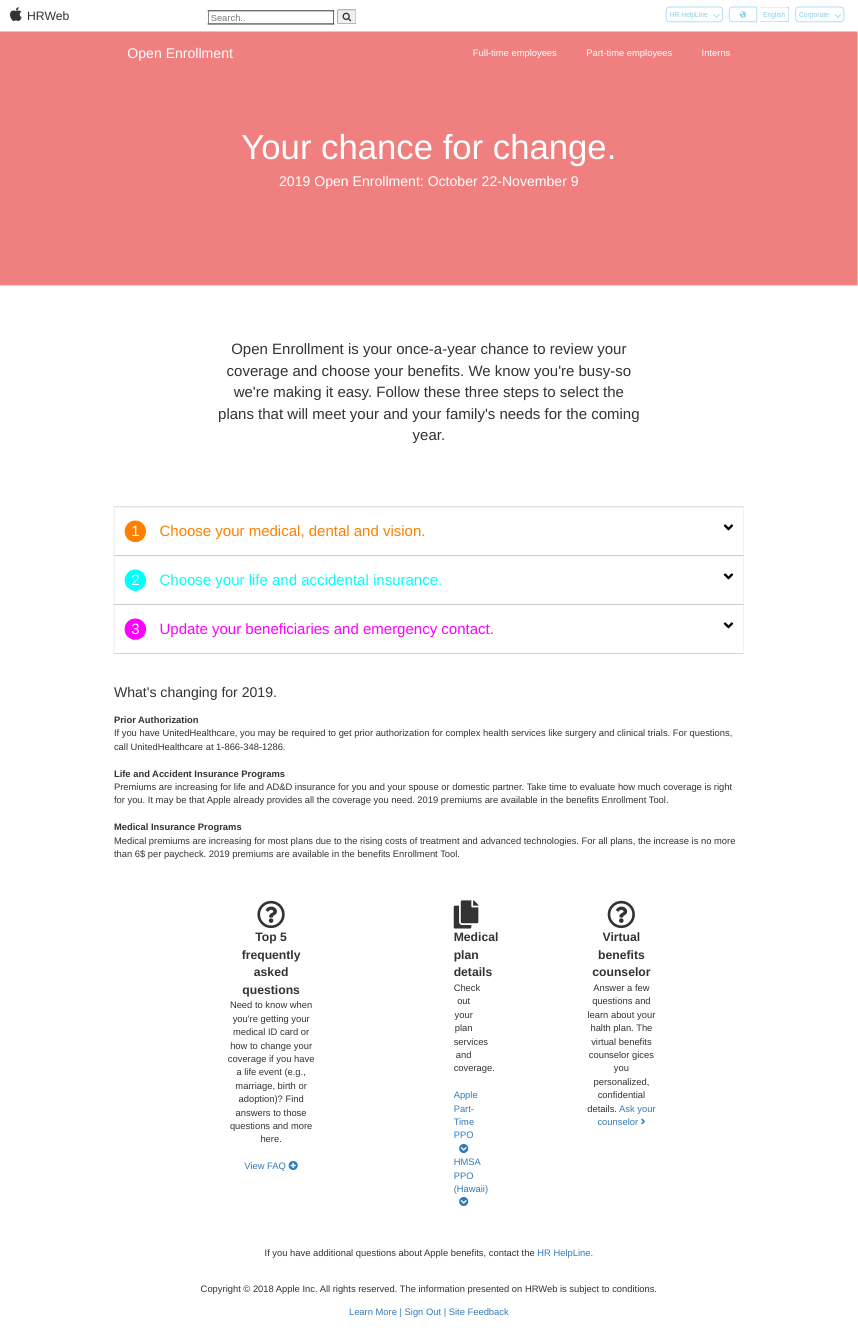
Repository: rmcc0724/templates
Page: index.html
The author's editor kept a record of every edit. The page is drawn from the files as they stood at one moment, then again after the next edit.
The browser window is 1280 px wide. The pictures show the whole page, at 67% of full size.
Some web libraries are served in a nearby version.

Above is the page before.

### index.html
<!DOCTYPE html>
<html lang="en">

<head>
  <meta name="viewport" content="width=device-width, initial-scale=1" <title>
  </title>
  <link rel="stylesheet" href="https://use.fontawesome.com/releases/v5.5.0/css/all.css" integrity="sha384-B4dIYHKNBt8Bc12p+WXckhzcICo0wtJAoU8YZTY5qE0Id1GSseTk6S+L3BlXeVIU" crossorigin="anonymous">
  <link rel="stylesheet" href="https://maxcdn.bootstrapcdn.com/bootstrap/3.3.7/css/bootstrap.min.css">
  <link rel="stylesheet" href="https://cdnjs.cloudflare.com/ajax/libs/font-awesome/4.7.0/css/font-awesome.min.css">
  <script src="https://ajax.googleapis.com/ajax/libs/jquery/3.3.1/jquery.min.js"></script>
  <script src="https://maxcdn.bootstrapcdn.com/bootstrap/3.3.7/js/bootstrap.min.js"></script>
  <script src="https://cdnjs.cloudflare.com/ajax/libs/popper.js/1.14.5/umd/popper.min.js"></script>
  <link rel="stylesheet" href="css/normalize.css">
  <link rel="stylesheet" href="css/style.css">
  <link rel="stylesheet" href="css/responsive.css">
</head>

<body>

  <div id="top-items">
    <p><i class="fab fa-apple fa-x3"></i>HRWeb</p>
    <div class="searchForm example">
      <input type="text" placeholder="Search.." name="search">
      <button type="submit"><i class="fa fa-search"></i></button>
    </div>

    <div class="dropdownItems">
      <div class="dropdown">
        <button class="dropbtn">HR HelpLine<i class="arrow down"></i></button>
        <div id="myDropdown" class="dropdown-content">
          <a href="#hrhelpline">1800-HR</a>
        </div>
      </div>
      <div class="dropdown earth">
        <button class="dropbtn"><i class="fas fa-globe-americas"></i></button>
        <div id="myDropdown" class="dropdown-content">
        </div>
      </div>
      <div class="dropdown">
        <button class="dropbtn eng">English</button>
        <div id="myDropdown" class="dropdown-content">
          <a href="#hrhelpline">English</a>
        </div>
      </div>


      <div class="dropdown">
        <button class="dropbtn">Corporate<i class="arrow down"></i></button>
        <div id="myDropdown" class="dropdown-content">
          <a href="#hrhelpline">Corporate</a>

        </div>
      </div>


    </div>


  </div>

  <header>
    <div class="nav-links">
      <h3>Open Enrollment</h3>
      <nav>
        <ul>
          <li><a href="#">Full-time employees</a></li>
          <li><a href="#">Part-time employees</a></li>
          <li><a href="#">Interns</a></li>
        </ul>
      </nav>
    </div>
    <div class="change">
      <h1 class="text-center">Your chance for change.</h1>
      <h4 class="text-center">2019 Open Enrollment: October 22-November 9</h4>
    </div>


  </header>
  <div class="container">
    <div class="chance">

      <p>Open Enrollment is your once-a-year chance to review your coverage and choose your benefits. We know you're busy-so we're making it easy. Follow these three steps to select the plans that will meet your and your family's needs for the coming year.</p>

      <!----Here I used the bootstrap accordion function -->

      <div class="panel-group" id="accordion">
        <div class="panel panel-default panel_1">
          <div class="panel-heading">
            <h4 class="panel-title">
              <a data-toggle="collapse" data-parent="#accordion" href="#collapse1"><span class="nums num1">1 </span><span>Choose your medical, dental and vision.</span><i class="fas fa-angle-down"></i></a>
            </h4>
          </div>
          <div id="collapse1" class="panel-collapse collapse">
            <div class="panel-body">Medical, dental, and vision info here.</div>
          </div>
        </div>
        <div class="panel panel-default panel_2">
          <div class="panel-heading">
            <h4 class="panel-title">
              <a data-toggle="collapse" data-parent="#accordion" href="#collapse2"><span class="nums num2">2 </span><span>Choose your life and accidental insurance.</span><i class="fas fa-angle-down"></i></a>
            </h4>
          </div>
          <div id="collapse2" class="panel-collapse collapse">
            <div class="panel-body">Life and accidental insurance info here.</div>
          </div>
        </div>
        <div class="panel panel-default panel_3">
          <div class="panel-heading">
            <h4 class="panel-title">
              <a data-toggle="collapse" data-parent="#accordion" href="#collapse3"><span class="nums num3">3 </span><span>Update your beneficiaries and emergency contact.</span><i class="fas fa-angle-down"></i></a>
            </h4>
          </div>
          <div id="collapse3" class="panel-collapse collapse">
            <div class="panel-body">Beneficiaries and emergency contact info here.</div>
          </div>
        </div>
      </div>
    </div>
    <div class="changing">
      <h3>What's changing for 2019.</h3>
      <p><strong>Prior Authorization</strong><br/> If you have UnitedHealthcare, you may be required to get prior authorization for complex health services like surgery and clinical trials. For questions, call UnitedHealthcare at 1-866-348-1286.</p>

      <p><strong>Life and Accident Insurance Programs</strong><br/> Premiums are increasing for life and AD&D insurance for you and your spouse or domestic partner. Take time to evaluate how much coverage is right for you. It may be that Apple already provides
        all the coverage you need. 2019 premiums are available in the benefits Enrollment Tool.</p>

      <p><strong>Medical Insurance Programs</strong><br/> Medical premiums are increasing for most plans due to the rising costs of treatment and advanced technologies. For all plans, the increase is no more than 6$ per paycheck. 2019 premiums are available
        in the benefits Enrollment Tool.
      </p>
    </div>





    <div class="bottom">

      <div class="faq">
        <p><i class="far fa-question-circle fa-3x"></i></p>
        <p class=bottom-title><strong>Top 5 frequently<br />asked questions</strong></p>
          <p>Need to know when you're getting your medical ID card or how to change your coverage if you have a life event (e.g., marriage, birth or adoption)? Find answers to those questions and more here.
          <br/><br/>
          <a href="#">View FAQ <i class="fas fa-plus-circle "></i></a>
        </p>
      </div>
      <div class="faq">
        <p><i class="fas fa-copy fa-3x"></i></p>
        <p class=bottom-title><strong>Medical plan <br/>details</strong></p>
        <p>Check out your plan services and coverage.<br/><br/>
        <a href="#">Apple Part-Time PPO <i class="fas fa-chevron-circle-down"></i></a><br>
        <a href="#">HMSA PPO (Hawaii) <i class="fas fa-chevron-circle-down"></i></a>
        </p>
      </div>

      <div class="faq">
        <p><i class="far fa-question-circle fa-3x"></i></p>
        <p class=bottom-title> <strong>Virtual benefits<br/>counselor</strong></p>
        <p>Answer a few questions and learn about your halth plan. The virtual benefits counselor gices you personalized, confidential details.
          <a href="#">Ask your counselor <i class="fas fa-angle-right"></i></a>
        </p>
      </div>



    </div>



    <footer>
      <p class="text-center questions">If you have additional questions about Apple benefits, contact the <a ref="#">HR HelpLine.</a></p>
      <p>Copyright &#169; 2018 Apple Inc. All rights reserved. The information presented on HRWeb is subject to conditions.</p>
      <ul>
        <li><a href="#">Learn More |</a></li>
        <li><a href="#"> Sign Out |</a></li>
        <li><a href="#"> Site Feedback</a></li>
      </ul>
    </footer>
  </div>
</body>



</html>

### css/style.css
body {
    margin: 0 auto;
}

.container {
    max-width: 970px;
    padding-top: 0px;
}

/************************************************/

/*    Header:       */

/************************************************/

header {
    background-color: lightcoral;
    padding-top: 10px;
    padding-bottom: 15px;
}

nav ul li {
    display: block;
}


h3 {
    margin: 10px 0 20px;
    font-size: 1.5em;
}

h4 {
    font-size: 1em;
    margin: 1em 0;
}

#top-items,
#top,
ul {
    text-align: center;
}

ul li {
    list-style: none;
}


ul {
    padding-left: 0 !important;
}

h1 {
    font-size: 2.3em;

}


.nav-links h3,
.nav-links nav a {
    color: #fff;
}

header,
.nav-links nav a {
    color: white;
    margin-top: 15px;
}

#top-items p {
    margin: 15px 0 10px;
    font-size: 20pt;
}




.example input {
    border-style: groove;
}



.changing {
    margin-top: 25px;
}

.dropdown {
    float: right;
    position: relative;
    display: inline-block;
}

.dropdown a:hover {
    background-color: #ddd;
}

.show {
    display: block;
}


.dropdown.earth button {
    margin-right: 0;
    border-bottom-right-radius: 0;
    border-top-right-radius: 0;
}

.dropbtn i.fas.fa-globe-americas {
    border: none;
    display: inline-block;
    padding: 0;
    margin-right: 10px;
}

.dropbtn.eng {
    border-bottom-left-radius: 0;
    border-top-left-radius: 0;
    border-left: 0;
}


.example button {
    vertical-align: baseline;
}



.searchForm {
    display: inline;
}


.change h4 {
    margin: 5px 15px;
}

.change h1 {
    margin: 10px 15px;
}

i.fab.fa-apple {
    margin-right: 8px;
    font-size: 1.3em;
}

/************************************************/

/*    Body:       */

/************************************************/

.chance {
    margin: 0 auto;
    margin-top: 15px;
}


.chance p {
    text-align: center;
    max-width: 700px;
    margin: 0px auto 15px;
}

.dropdown {
    float: initial;
    position: relative;
    display: inline-block;
}


.dropbtn {
    background-color: #fff;
    color: skyblue;
    padding: 5px;
    font-size: 10px;
    border: none;
    cursor: pointer;
    border-style: solid;
    border-radius: 5px;
    border-width: thin;
    margin-top: 15px;
}

.dropbtn:hover,
.dropbtn:focus {
    background-color: #fff;
}



.dropdown-content {
    display: none;
    position: absolute;
    background-color: #f1f1f1;
    min-width: 160px;
    overflow: auto;
    box-shadow: 0px 8px 16px 0px rgba(0, 0, 0, 0.2);
    right: 0;
    z-index: 1;
}

.dropdown-content a {
    color: black;
    padding: 12px 16px;
    text-decoration: none;
    display: block;
}

.dropdown i {
    border: solid skyblue;
    border-width: 0 1px 1px 0;
    display: inline-block;
    padding: 3px;
    margin-left: 10px;
}

.right {
    transform: rotate(-45deg);
    -webkit-transform: rotate(-45deg);
}

.left {
    transform: rotate(135deg);
    -webkit-transform: rotate(135deg);
}

.up {
    transform: rotate(-135deg);
    -webkit-transform: rotate(-135deg);
}

.down {
    transform: rotate(45deg);
    -webkit-transform: rotate(45deg);
}

.bottom {
    display: block;
    margin: 25px 0 35px;
}


.bottom strong {
    font-size: 1.3em;
}


.bottom p,
.text-center.questions {
    margin-bottom: 35px;
    text-align: center;
}


.fas.fa-globe-americas {
    border: solid white;
    border-width: 0 1px 1px 0;
    display: inline-block;
    /* padding: 6px; */
    margin-right: 10px;
}

.panel-title a,
.panel-title a:hover {
    text-decoration: none;
}

.panel-title {
    font-size: .9em;
}


#accordion i.fas.fa-chevron-circle-down {
    display: none;
}

.nums {
    margin-right: 5px;
}

#accordion {
    margin: 0 auto;
}

/************************************************/

/*    Footer:       */

/************************************************/

footer li {
    display: inline-block;
}

footer p,
header h3 {
    text-align: center;
}


footer {
    margin-top: 0px;
}

### css/responsive.css
/************************************************/

/*    Header:       */

/************************************************/

@media screen and (min-width: 768px) {
    nav ul li {
        display: inline;
    }

    nav ul {
        float: right;
    }

    header {
        margin-top: 0;
        background-color: lightcoral;
        padding-top: 20px;
        padding-bottom: 140px;
    }

    header ul li {
        margin-left: 40px;
    }

    header h3,
    nav {
        display: inline;
    }


    h1 {
        font-size: 2.7em;
    }

    .nav-links {
        max-width: 940px;
        margin: 0 auto;
        padding: 0 20px;
    }

    #top-items {
        text-align: initial;
        padding: 10px 15px;
    }


    #top-items p,
    #top-items .example {
        display: inline-block;
    }

    .change {
        padding-top: 90px;
    }
    .dropdownItems {
        float: right;
    }

    #top-items p {
        margin: 0px;
        font-size: 1.3em;
    }


    .searchForm.example {
        text-align: right;
        width: 30%;
        margin-left: 4%;
        /* margin-bottom: 5px; */
    }

    .nav-links ul {
        margin: 1px 0 0;
    }

    .dropbtn {
        margin-top: 0px;
    }

    /************************************************/
    /*    Body:       */
    /************************************************/
    .dropdown {
        position: relative;
        display: inline-block;
    }

    .bottom p {
        width: 28.33%;
        margin: 0 auto;
    }


    .bottom {
        margin: 40px 0 55px;
        display: -webkit-inline-flex;
    }

    .bottom-desk {

        display: -webkit-inline-flex;
        display: none;
    }

    .bottom-mobile {
        display: -webkit-inline-flex;
    }

    button.dropbtn {
        margin-right: 5px;
    }


    .chance p {
        margin: 0px auto 90px;
        text-align: center;
        font-size: 1.6em;
        max-width: 635px;
    }
    .chance {
        margin: 0 auto;
        margin-top: 80px;
    }

    h4 {
        font-size: 1.5em;
    }

    .changing {
        margin-top: 45px;
    }
    .changing p {
        margin: 0 0 20px;
    }


    .panel-heading {
        padding: 20px 15px;
        border-bottom: 1px solid transparent;
        border-top-left-radius: 3px;
        border-top-right-radius: 3px;
    }

    .panel-default>.panel-heading {
        background-color: #fff;
    }

    .panel-default {
        border-color: #fff;
    }

    .panel {
        margin-bottom: 20px;
        background-color: #c3c3c3;
        border: 1px solid transparent;
        -webkit-box-shadow: 0 1px 1px rgba(0, 0, 0, .05);
        box-shadow: 0 0px 0px rgba(0, 0, 0, .05);
        border-left-color: #fff;
        border-right-color: #fff;
        border-bottom-left-radius: 0 !important;
        border-top-left-radius: 0 !important;
        border-bottom-right-radius: 0 !important;
        border-top-right-radius: 0 !important;
    }
    .panel-title {
        margin-top: 0;
        margin-bottom: 0;
        font-size: 1.6em;
        color: #fff;
    }
    .panel-group .panel-heading+.panel-collapse>.list-group,
    .panel-group .panel-heading+.panel-collapse>.panel-body {
        border-top: 0px solid #ddd;
    }


    .panel-default>.panel-heading {
        color: #333;
        border-color: #ddd;
        border-bottom-left-radius: 0 !important;
        border-top-left-radius: 0 !important;
        border-bottom-right-radius: 0 !important;
        border-top-right-radius: 0 !important;
    }

    .panel-group .panel+.panel {
        margin-top: -1px;
    }

    .panel-collapse {
        background-color: #fff;
    }
    .nums {
        height: 32px;
        width: 32px;
        border-radius: 50%;
        display: inline-block;
        padding-left: 10px;
        padding-top: 3.5px;
        color: #fff;
        margin-right: 20px;
    }

    .num1 {
        background-color: #ff8000;
    }

    .num2 {
        background-color: #00ffff;
    }

    .num3 {
        background-color: #ff00ff;
    }

    .panel_1 h4 {
        color: #ff8000;
    }

    .panel_2 h4 {
        color: #00ffff;
    }

    .panel_3 h4 {
        color: #ff00ff;
    }

    #accordion i.fas.fa-chevron-circle-down {
        display: inline;
        float: right;
    }

    i.fas.fa-angle-down {
        float: right;
        color: #000;
    }

    i.fas.fa-angle-down {
        display: -webkit-inline-box;
    }

}

@media screen and (min-width: 950px) {
    h1 {
        font-size: 3.7em;
    }
}

Loaded but not shown: css/normalize.css (library)

After the next edit:
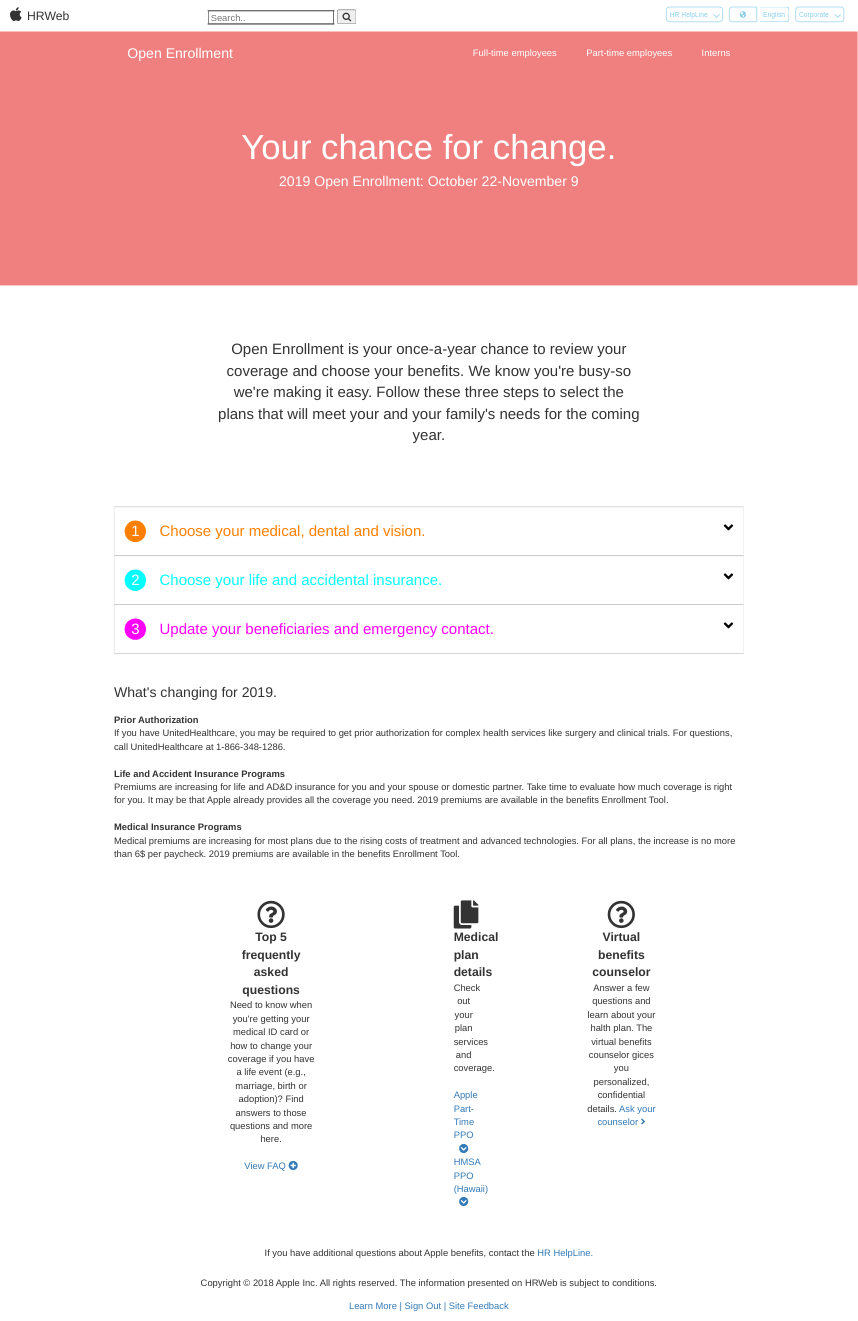
The edit:
--- a/css/style.css
+++ b/css/style.css
@@ -247,7 +247,7 @@
 
 .bottom p,
 .text-center.questions {
-    margin-bottom: 35px;
+    margin-bottom: 25px;
     text-align: center;
 }
 
@@ -282,6 +282,11 @@
     margin: 0 auto;
 }
 
+i.fas.fa-angle-down {
+    display: none;
+}
+
+
 /************************************************/
 
 /*    Footer:       */
